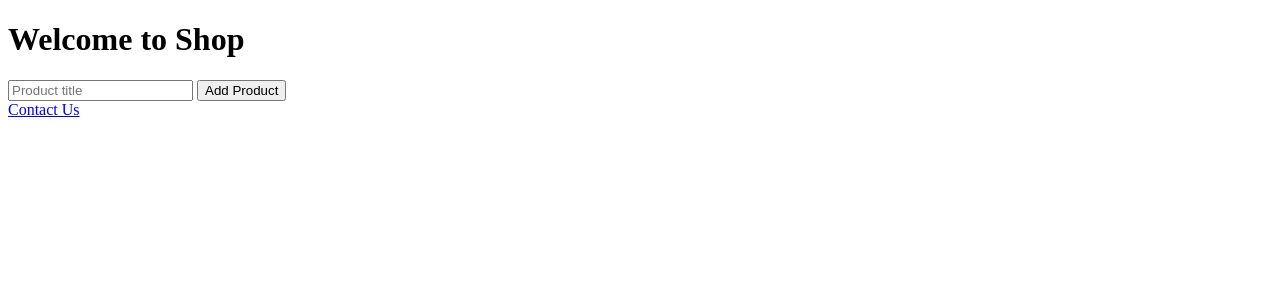
Repository: zouidimen/shop-app
Page: views/shop.html
The author's editor kept a copy of each file at every save. The page is drawn from the files as they stood at one save, then again after the next save.
The browser window is 1280 px wide. The pictures show the whole page.

Above is the page before, as saved 2026-04-10 22:36:18.

After the next save:
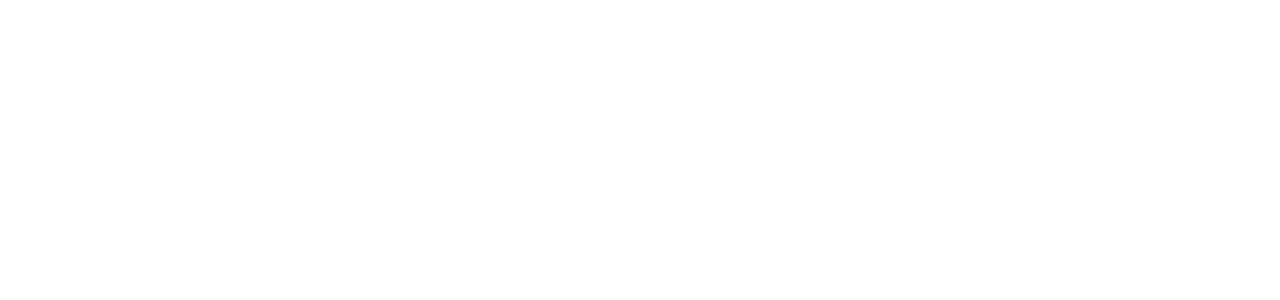
Saved 8 s later.
--- a/views/shop.html
+++ b/views/shop.html
@@ -5,14 +5,7 @@
 </head>
 <body>
 
-<h1>Welcome to Shop</h1>
 
-<form action="/admin/product" method="POST">
-  <input type="text" name="title" placeholder="Product title">
-  <button type="submit">Add Product</button>
-</form>
-
-<a href="/contact-us">Contact Us</a>
 
 </body>
 </html>

After the 2 saves that followed:
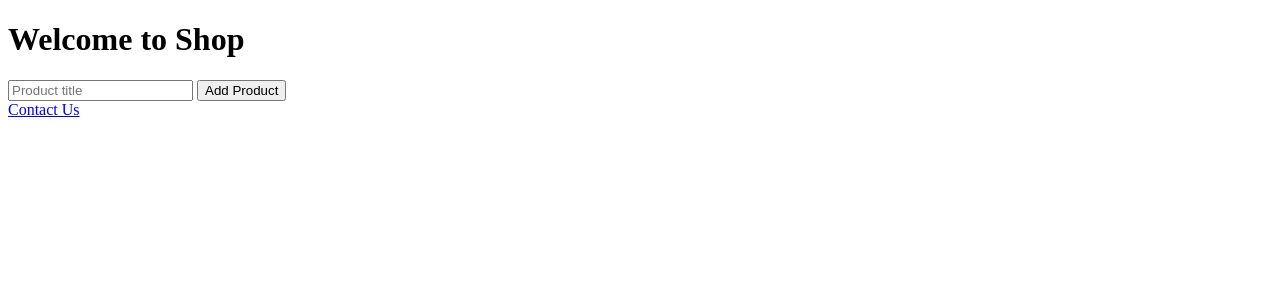
The 2 saves are shown as one change because they came seconds apart.
The last was saved 7 s later.
--- a/views/shop.html
+++ b/views/shop.html
@@ -1,14 +1,4 @@
-<!DOCTYPE html>
-<html>
-<head>
-  <title>Shop</title>
-</head>
-<body>
 
-
-
-</body>
-</html>
 <!DOCTYPE html>
 <html lang="en">
 <head>
@@ -17,6 +7,13 @@
     <title>Document</title>
 </head>
 <body>
+    <h1>Welcome to Shop</h1>
 
+<form action="/admin/product" method="POST">
+  <input type="text" name="title" placeholder="Product title">
+  <button type="submit">Add Product</button>
+</form>
+
+<a href="/contact-us">Contact Us</a>
 </body>
 </html>
